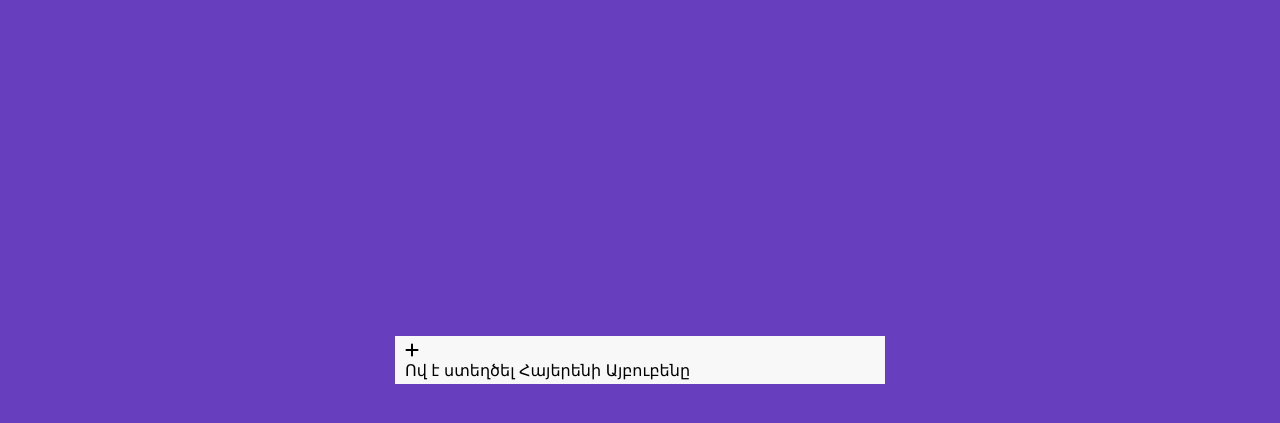
Repository: vardgeshakobyann/Accordion-ReactJS
Page: /
These files come from the project's save history. The page is drawn as it stood at one moment and after the next save; the edit follows.
The browser window is 1280 px wide. The pictures show the whole page.
The project was rebuilt for these pictures with package versions that can differ from the ones it lists, and the page was loaded fresh each time.

Above is the page before, as saved 2025-06-11 09:17:16.

### public/index.html
<!DOCTYPE html>
<html lang="en">
  <head>
    <meta charset="utf-8" />
    <link rel="icon" href="%PUBLIC_URL%/favicon.ico" />
    <meta name="viewport" content="width=device-width, initial-scale=1" />
    <meta name="theme-color" content="#000000" />
    <meta
      name="description"
      content="Web site created using create-react-app"
    />
    <link rel="apple-touch-icon" href="%PUBLIC_URL%/logo192.png" />
    <!--
      manifest.json provides metadata used when your web app is installed on a
      user's mobile device or desktop. See https://developers.google.com/web/fundamentals/web-app-manifest/
    -->
    <link rel="manifest" href="%PUBLIC_URL%/manifest.json" />
    <!--
      Notice the use of %PUBLIC_URL% in the tags above.
      It will be replaced with the URL of the `public` folder during the build.
      Only files inside the `public` folder can be referenced from the HTML.

      Unlike "/favicon.ico" or "favicon.ico", "%PUBLIC_URL%/favicon.ico" will
      work correctly both with client-side routing and a non-root public URL.
      Learn how to configure a non-root public URL by running `npm run build`.
    -->
      <link rel="stylesheet" href="https://cdnjs.cloudflare.com/ajax/libs/font-awesome/6.7.2/css/all.min.css" integrity="sha512-Evv84Mr4kqVGRNSgIGL/F/aIDqQb7xQ2vcrdIwxfjThSH8CSR7PBEakCr51Ck+w+/U6swU2Im1vVX0SVk9ABhg==" crossorigin="anonymous" referrerpolicy="no-referrer" />
    <title>React App</title>
  </head>
  <body>
    <noscript>You need to enable JavaScript to run this app.</noscript>
    <div id="root"></div>
    <!--
      This HTML file is a template.
      If you open it directly in the browser, you will see an empty page.

      You can add webfonts, meta tags, or analytics to this file.
      The build step will place the bundled scripts into the <body> tag.

      To begin the development, run `npm start` or `yarn start`.
      To create a production bundle, use `npm run build` or `yarn build`.
    -->
  </body>
</html>

### src/index.js
import ReactDOM from 'react-dom/client';
import './index.css';
import App from './App';

const root = ReactDOM.createRoot(document.getElementById('root'));
root.render(<App />);

### src/index.css
* {
  margin: 0;
  padding: 0;
  box-sizing: border-box;
}

body {
  margin: 0;
  font-family: -apple-system, BlinkMacSystemFont, 'Segoe UI', 'Roboto', 'Oxygen',
    'Ubuntu', 'Cantarell', 'Fira Sans', 'Droid Sans', 'Helvetica Neue',
    sans-serif;
  -webkit-font-smoothing: antialiased;
  -moz-osx-font-smoothing: grayscale;
  background: #673EBD;
}

code {
  font-family: source-code-pro, Menlo, Monaco, Consolas, 'Courier New',
    monospace;
}

### src/App.js
import './App.css';
import Accordion from './components/Accordion/Accordion';

function App() {
  return (
    <div className="App">
      <Accordion />
    </div>
  );
}

export default App;

### src/App.css
.App {
  width: 100%;
  height: 100vh;
  display: flex;
  justify-content: center;
  align-items: center;
}

### src/components/Accordion/Accordion.jsx
import './accordion.css';
import { data } from '../../DB';
import AccordionItem from '../AccordionItem/AccordionItem';

const Accordion = () => {
    return (
        <div className="accordion">
            {
                data.map((el) => {
                    return (
                        <AccordionItem
                            key={el.id}
                            question={el.question}
                        />
                    )
                })
            }
        </div>
    )
}

export default Accordion;

### src/components/Accordion/accordion.css
.accordion {
    width: 490px;
    border-radius: 4px;
}

### src/DB.js
export const data = [
    {
        id: 1,
        question: "Ով է ստեղծել Հայերենի Այբուբենը",
        answer: "Մեսրոպ Մաշտոցը 405թ -ին 5րդ դարում",
        isComplited: false,
        open: false
    }
];

### src/components/AccordionItem/AccordionItem.jsx
import './accordionItem.css';

const AccordionItem = ({question}) => {
    return (
        <div className="accordionItem">
            <div className="header">
                <div className="leftBlock">
                    <i className="fa-solid fa-plus"></i>
                    <p>{question}</p>
                </div>
                <div className="rightBlock"></div>
            </div>
        </div>
    )
}

export default AccordionItem;

### src/components/AccordionItem/accordionItem.css
.accordionItem {
    width: 100%;
}

.accordionItem .header {
    width: 100%;
    height: 48px;
    background: #F8F8F8;
    padding: 10px;
    display: flex;
    justify-content: space-between;
    align-items: center;
}

After the next save:
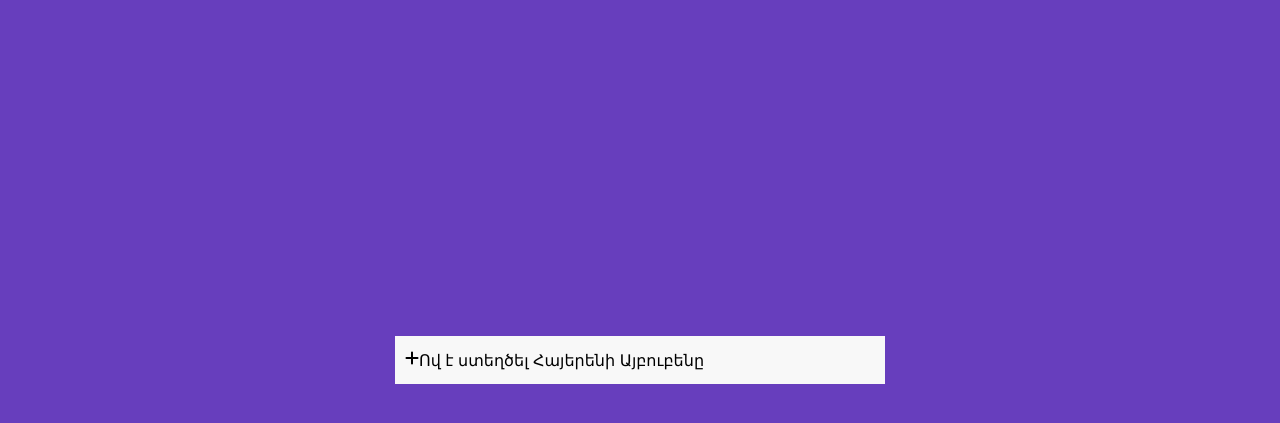
Saved 18 s later.
--- a/src/components/AccordionItem/accordionItem.css
+++ b/src/components/AccordionItem/accordionItem.css
@@ -11,3 +11,7 @@
     justify-content: space-between;
     align-items: center;
 }
+
+.accordionItem .header .leftBlock {
+    display: flex;
+}
